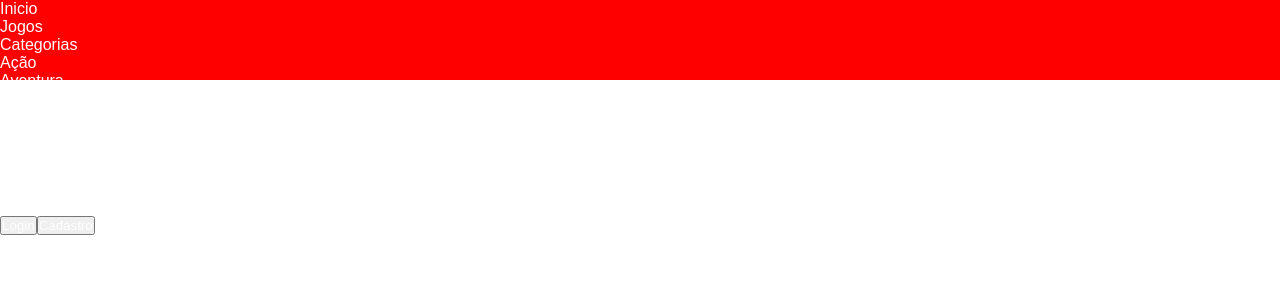
Repository: MarcoantonioCaldeira/Projeto-Go-Gamming
Page: /
An editor plug-in stored every save of this project. The page is shown before and after the next save, followed by the edit.
The browser window is 1280 px wide. The pictures show the whole page.
The project was rebuilt for these pictures with package versions that can differ from the ones it lists, and the page was loaded fresh each time. Also part of the build but not shown: src/pages/Inicio/estilo.css, src/pages/rodape/rodape.js, src/pages/Inicio/Inicio.js, src/pages/Jogos/Jogos.js, src/pages/Categorias/Acao.js, src/pages/Categorias/Aventura.js, src/pages/Categorias/Arcades.js, src/pages/Categorias/Familia.js and 7 more.

Above is the page before, as saved 2023-01-25 22:24:13.

### src/App.js
import ReactDOM from "react-dom/client";
import "./fonts/Poppins.ttf";
import { BrowserRouter, Routes, Route } from "react-router-dom";

import Menu from "./pages/Menu/Menu";
import Inicio from "./pages/Inicio/Inicio";

//Categorias
import Jogos from "./pages/Jogos/Jogos";
import Acao from "./pages/Categorias/Acao";
import Aventura from "./pages/Categorias/Aventura";
import Arcades from "./pages/Categorias/Arcades";
import Familia from "./pages/Categorias/Familia";
import Independentes from "./pages/Categorias/Independentes";
import Jogos_RPG from "./pages/Categorias/Jogos_RPG";
import Gratuitos from "./pages/Categorias/Gratuitos";
import Terror from "./pages/Categorias/Terror";
import Suspence from "./pages/Categorias/Suspence";


import Login from "./pages/Login/Login";
import Cadastro from "./pages/Cadastro/Cadastro";

function App() {
  return (
   <BrowserRouter>
    <Routes>
      <Route path="/" element={<Menu />}>
        <Route path="Inicio" element={<Inicio />}/>
        <Route path="jogos" element={< Jogos />}/>
          <Route path="Acao" element={<Acao />}/>
          <Route path="Aventura" element={<Aventura />}/>
          <Route path="Arcades" element={<Arcades />}/>
          <Route path="Familia" element={<Familia />}/>
          <Route path="Independentes" element={<Independentes />}/>
          <Route path="Jogos_RPG" element={<Jogos_RPG />}/>
          <Route path="Gratuitos" element={<Gratuitos />}/>
          <Route path="Terror" element={<Terror />}/>
          <Route path="Suspence" element={<Suspence />}/>
        <Route path="Login" element={<Login />}/>
        <Route path="Cadastro" element={<Cadastro />}/>
      </Route>
    </Routes>
   </BrowserRouter>
  );
}

const root = ReactDOM.createRoot(document.getElementById('root'))
root.render(<App />);
export default App;

### src/pages/Menu/Menu.js
import { Outlet, Link } from "react-router-dom";
import './estilo.css';


const Menu = () => {
  return (
      <>
        <nav id="nav_bar">
          <ul>
            <li>
              <Link to="./Inicio">Inicio</Link>
            </li>
            <li>
              <Link to="./Jogos">Jogos</Link>
            </li>
            <li>
              <a>Categorias</a>
                <ul><Link to="./Acao">Ação</Link></ul>
                <ul><Link to="./Aventura">Aventura</Link></ul>
                <ul><Link to="./Arcades">Arcades</Link></ul>
                <ul><Link to="./Familia">Familia</Link></ul>
                <ul><Link to="./Independentes">Independetes</Link></ul>
                <ul><Link to="./Jogos_RPG">Jogos_RPG</Link></ul>
                <ul><Link to="./Gratuitos">Gratuitos</Link></ul>
                <ul><Link to="./Terror">Torror</Link></ul>
                <ul><Link to="./Suspence">Suspence</Link></ul>
            </li>
          </ul>
          <button><Link to="./Login">Login</Link></button>
          <button><Link to="./Cadastro">Cadastro</Link></button>
        </nav>
        <Outlet />
      </>
  )
};

export default Menu;

### src/pages/Menu/estilo.css

*{
    margin: 0;
    padding: 0;
}

a, ul{
    display: block;
    color: white;
    text-decoration: none !important;
    font-family: Arial;
}

#nav_bar{
    width: 100%;
    background-color: red;
    height: 80px;
}

Loaded but not shown: public/index.html (common file); src/index.js (common file); src/reportWebVitals.js (common file)

After the next save:
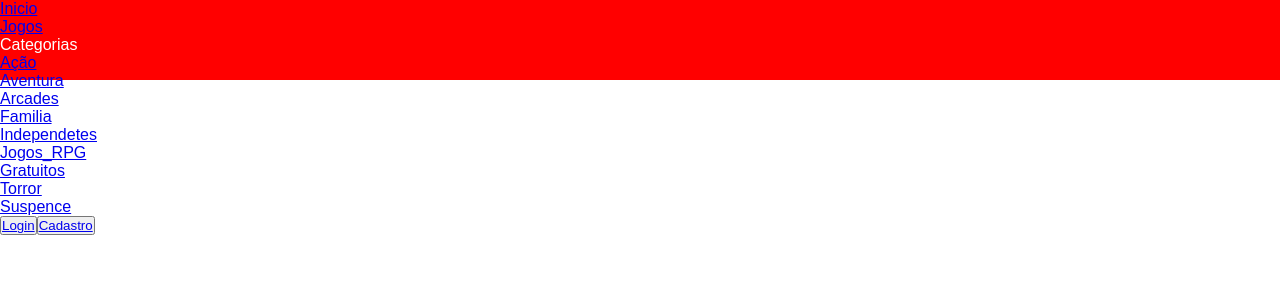
Saved 15 min 44 s later.
--- a/src/pages/Menu/estilo.css
+++ b/src/pages/Menu/estilo.css
@@ -4,7 +4,7 @@
     padding: 0;
 }
 
-a, ul{
+ul{
     display: block;
     color: white;
     text-decoration: none !important;
